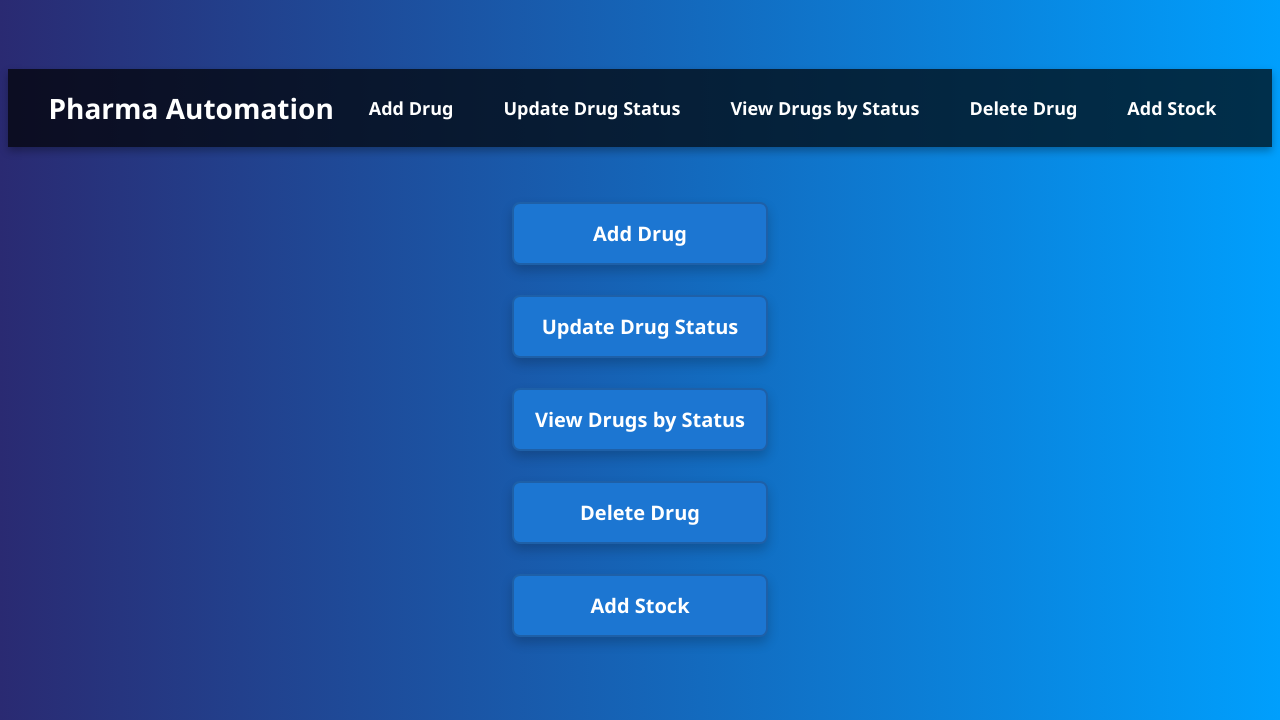
Repository: Clarrieous/Infosys-intern
Page: http://localhost/index
These files come from the project's save history. The page is drawn as it stood at one moment and after the next save; the edit follows.
The browser window is 1280 px wide. The pictures show the whole page.
The page is this project's Thymeleaf template; nobody is signed in. The template is opened directly, without the code that normally fills it, so the values that code supplies are empty.

Above is the page before, as saved 2024-12-08 12:24:58.

### ClientService/src/main/resources/templates/index.html
<!DOCTYPE html>
<html xmlns:th="http://www.thymeleaf.org">
<head>
    <meta charset="UTF-8">
    <meta name="viewport" content="width=device-width, initial-scale=1.0">
    <title>Pharma Automation System</title>
    <style>
        body {
            font-family: 'Segoe UI', Tahoma, Geneva, Verdana, sans-serif;
            margin: 0;
            padding: 0;
            background: linear-gradient(to right, #2a2a72, #009ffd);
            color: #fff;
            height: 100vh;
            display: flex;
            flex-direction: column;
            justify-content: center;
            align-items: center;
        }

		.navbar {
		            display: flex;
		            justify-content: space-between;
		            align-items: center;
		            padding: 20px 40px;
		            background-color: rgba(0, 0, 0, 0.7);
		            box-shadow: 0 4px 8px rgba(0, 0, 0, 0.3);
		        }

		        .navbar h1 {
		            margin: 0;
		            font-size: 28px;
		            font-weight: bold;
		            color: #fff;
		        }

		        .navbar ul {
		            list-style-type: none;
		            margin: 0;
		            padding: 0;
		            display: flex;
		        }

		        .navbar ul li {
		            margin-left: 20px;
		        }

		        .navbar ul li a {
		            color: white;
		            text-decoration: none;
		            font-size: 18px;
		            font-weight: 600;
		            transition: color 0.3s;
		            padding: 10px 15px;
		            border-radius: 4px;
		        }

        .navbar ul li a:hover {
            background-color: #1873b7;
            color: white;
        }

        .button-list {
            display: flex;
            flex-direction: column;
            justify-content: center;
            align-items: center;
            margin-top: 40px;
        }

        .button-list a {
            display: block;
            width: 220px;
            text-align: center;
            padding: 16px;
            margin: 15px 0;
            font-size: 20px;
            font-weight: bold;
            color: #fff;
            background-color: #1c76d2; /* Button color matching the navbar */
            text-decoration: none;
            border: 2px solid #1e60a8;
            border-radius: 8px;
            transition: all 0.3s ease;
            box-shadow: 0 6px 12px rgba(0, 0, 0, 0.2);
        }

        .button-list a:hover {
            background-color: #1873b7;
            color: white;
            transform: translateY(-5px);
            box-shadow: 0 8px 16px rgba(0, 0, 0, 0.3);
        }

        @media (max-width: 768px) {
            .navbar {
                flex-direction: column;
                align-items: flex-start;
                padding: 10px 20px;
            }

            .navbar ul {
                flex-direction: column;
                align-items: flex-start;
                margin-top: 10px;
            }

            .button-list a {
                width: 90%;
                font-size: 18px;
                padding: 14px;
            }
        }
    </style>
</head>
<body>

    <div class="navbar">
        <h1>Pharma Automation</h1>
        <ul>
            <li><a th:href="@{/addDrug}">Add Drug</a></li>
            <li><a th:href="@{/updateStatus}">Update Drug Status</a></li>
            <li><a th:href="@{/viewDrugStatus}">View Drugs by Status</a></li>
            <li><a th:href="@{/deleteDrug}">Delete Drug</a></li>
            <li><a th:href="@{/addStock}">Add Stock</a></li>
        </ul>
    </div>

    <div class="button-list">
        <a th:href="@{/addDrug}">Add Drug</a>
        <a th:href="@{/updateStatus}">Update Drug Status</a>
        <a th:href="@{/viewDrugStatus}">View Drugs by Status</a>
        <a th:href="@{/deleteDrug}">Delete Drug</a>
        <a th:href="@{/addStock}">Add Stock</a>
    </div>

</body>
</html>

After the next save:
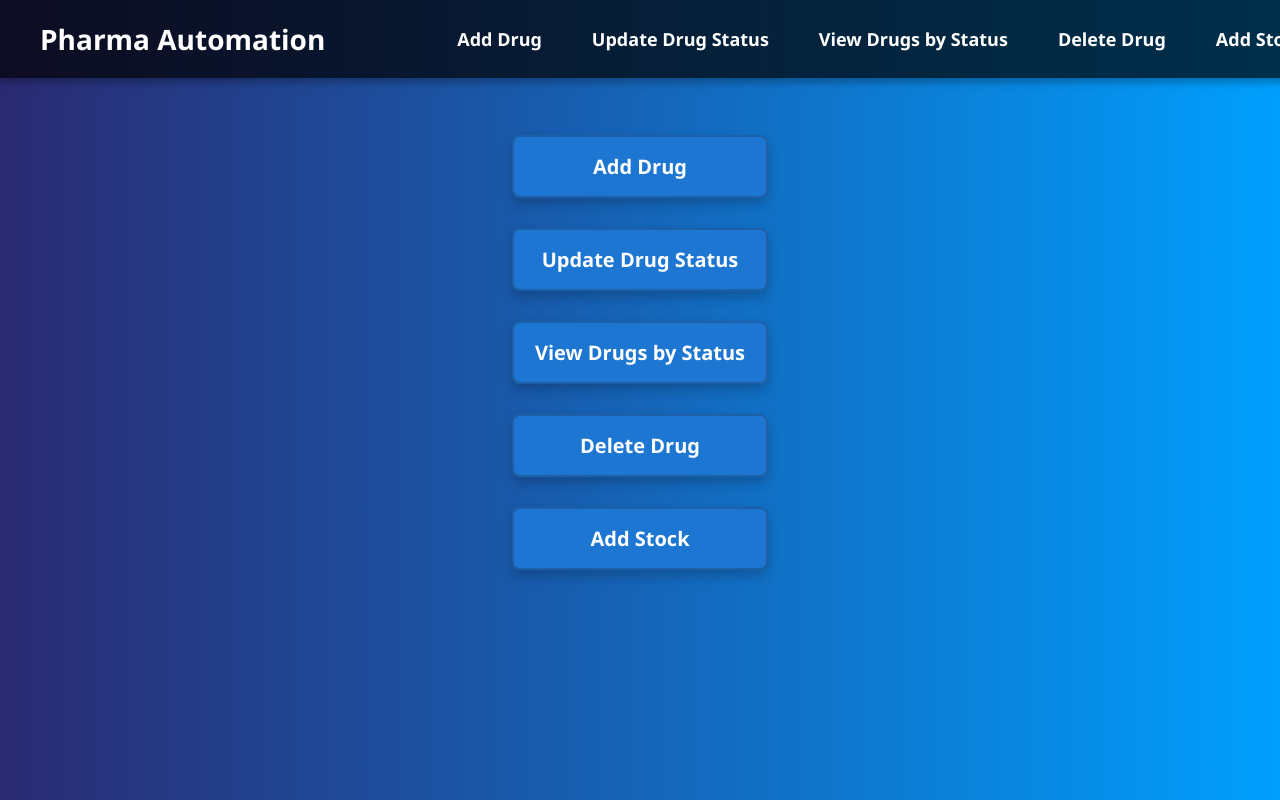
Saved 59 s later.
--- a/ClientService/src/main/resources/templates/index.html
+++ b/ClientService/src/main/resources/templates/index.html
@@ -14,46 +14,51 @@
             height: 100vh;
             display: flex;
             flex-direction: column;
-            justify-content: center;
             align-items: center;
+            padding-top: 80px; /* Added space for the fixed navbar */
         }
 
-		.navbar {
-		            display: flex;
-		            justify-content: space-between;
-		            align-items: center;
-		            padding: 20px 40px;
-		            background-color: rgba(0, 0, 0, 0.7);
-		            box-shadow: 0 4px 8px rgba(0, 0, 0, 0.3);
-		        }
+        .navbar {
+            width: 100%;
+            position: fixed; /* Fix the navbar to the top */
+            top: 0;
+            left: 0;
+            display: flex;
+            justify-content: space-between;
+            align-items: center;
+            padding: 20px 40px;
+            background-color: rgba(0, 0, 0, 0.7);
+            box-shadow: 0 4px 8px rgba(0, 0, 0, 0.3);
+            z-index: 1000; /* Ensure navbar stays on top */
+        }
 
-		        .navbar h1 {
-		            margin: 0;
-		            font-size: 28px;
-		            font-weight: bold;
-		            color: #fff;
-		        }
+        .navbar h1 {
+            margin: 0;
+            font-size: 28px;
+            font-weight: bold;
+            color: #fff;
+        }
 
-		        .navbar ul {
-		            list-style-type: none;
-		            margin: 0;
-		            padding: 0;
-		            display: flex;
-		        }
+        .navbar ul {
+            list-style-type: none;
+            margin: 0;
+            padding: 0;
+            display: flex;
+        }
 
-		        .navbar ul li {
-		            margin-left: 20px;
-		        }
+        .navbar ul li {
+            margin-left: 20px;
+        }
 
-		        .navbar ul li a {
-		            color: white;
-		            text-decoration: none;
-		            font-size: 18px;
-		            font-weight: 600;
-		            transition: color 0.3s;
-		            padding: 10px 15px;
-		            border-radius: 4px;
-		        }
+        .navbar ul li a {
+            color: white;
+            text-decoration: none;
+            font-size: 18px;
+            font-weight: 600;
+            transition: color 0.3s;
+            padding: 10px 15px;
+            border-radius: 4px;
+        }
 
         .navbar ul li a:hover {
             background-color: #1873b7;
@@ -77,7 +82,7 @@
             font-size: 20px;
             font-weight: bold;
             color: #fff;
-            background-color: #1c76d2; /* Button color matching the navbar */
+            background-color: #1c76d2;
             text-decoration: none;
             border: 2px solid #1e60a8;
             border-radius: 8px;
